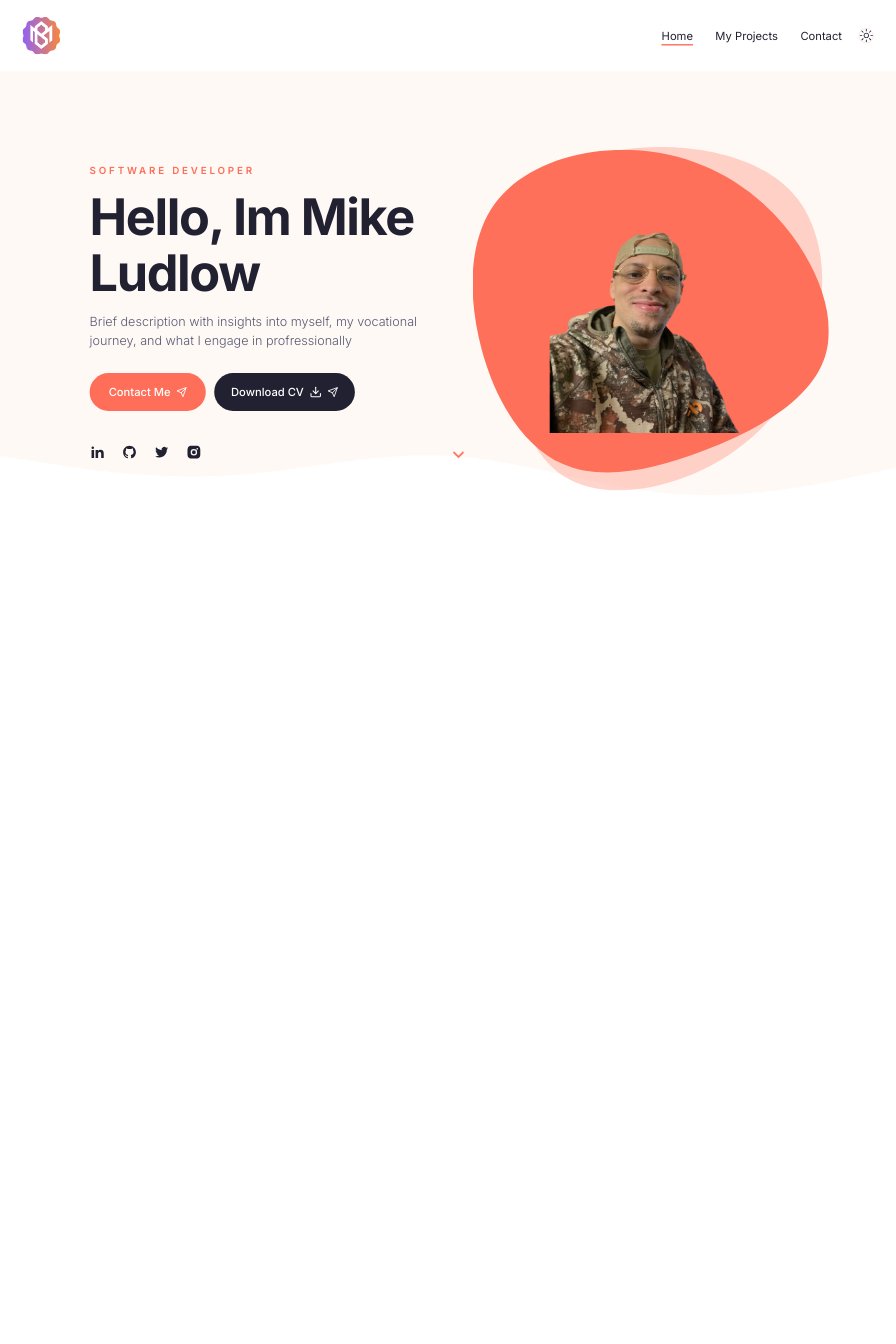
Repository: MikeeBuilds/mike-port
Page: /
These files come from the project's save history. The page is drawn as it stood at one moment and after a run of saves; the edit follows.
The browser window is 1280 px wide. The pictures show the part of the page from y = 0 to 1920 px (the page is 4731 px tall), at 70% of full size.
The project was rebuilt for these pictures with package versions that can differ from the ones it lists, and the page was loaded fresh each time. The framework's server and built-in components were replaced by stand-ins that run in the browser. Also part of the build but not shown: next.config.js.

Above is the page before, as saved 2023-11-30 11:51:07.

### app/layout.jsx
import { Inter } from 'next/font/google'
import './globals.css'
import Header from '@/components/Header'
import Footer from '@/components/Footer'
import { ThemeProvider } from '@/components/ThemeProvider'

const inter = Inter({ subsets: ['latin'] })

export const metadata = {
  title: 'Mike Ludlow | Dev',
  description: 'Generated by create next app',
}

export default function RootLayout({ children }) {
  return (
    <html lang="en" suppressHydrationWarning>
      <body className={inter.className}
      >
        <ThemeProvider attribute="class" defaultTheme="light">
          <Header />
            {children}
          <Footer />
        </ThemeProvider>
      </body>
    </html>
  )
}

### app/template.js
"use client";

import { motion } from "framer-motion";
// hooks
import useScrollProgress from "@/hooks/useScrollProgress";

//variants
const variants = {
  hidden: { opacity: 0 },
  enter: { opacity: 1 },
};

const Template = ({ children }) => {
  const completion = useScrollProgress();
  return (
    <>
      <motion.main
        variants={variants}
        initial="hidden"
        animate="enter"
        transition={{ type: "linear", delay: 0.2, duration: 0.4 }}
      >
        {children}
      </motion.main>
      {/* completion bar */}
      <span
        style={{ transform: `translateY(${completion - 100}%)` }}
        className="fixed z-50 bg-primary w-1 top-0 right-0
      bottom-0 transition-all duration-700"
      ></span>
      <div className="h-[4000px]"></div>
    </>
  );
};

export default Template;

### app/page.jsx
import Hero from '@/components/Hero'
import { main } from 'json'
import Image from 'next/image'

export default function Home() {
  return (
    <main>
      <Hero/>
    </main>
  )
}

### app/globals.css
@tailwind base;
@tailwind components;
@tailwind utilities;

@layer base {
  @layer base {
    :root {
      --background: 0 0% 100%;
      --foreground: 240 19% 16%;
      --card: 0 0% 100%;
      --card-foreground: 240 19% 16%;
      --popover: 0 0% 100%;
      --popover-foreground: 20 14.3% 4.1%;
      --primary: 8 99% 67%;
      --primary-foreground: 300 0% 100%;
      --secondary: 240 19% 16%;
      --secondary-foreground: 300 0% 100%;
      --tertiary: 27 82% 98%;
      --muted: 60 4.8% 95.9%;
      --muted-foreground: 237 13% 40%;
      --accent: 237 9% 96%;
      --accent-foreground: 24 9.8% 10%;
      --destructive: 0 84.2% 60.2%;
      --destructive-foreground: 60 9.1% 97.8%;
      --border: 8 82% 92%;
      --input: 8 82% 92%;
      --ring: 9 99% 67%;
      --radius: 1rem;
    }

    .dark {
      --background: 237 22% 20%;
      --foreground: 60 9.1% 97.8%;
      --card: 240 19% 16%;
      --card-foreground: 300 0% 100%;
      --popover: 20 14.3% 4.1%;
      --popover-foreground: 60 9.1% 97.8%;
      --primary: 8 99% 67%;
      --primary-foreground: 300 0% 100%;
      --secondary: 240 19% 16%;
      --secondary-foreground:300 0% 100%;
      --tertiary: 237 22% 20%;
      --muted: 12 6.5% 15.1%;
      --muted-foreground: 237 13% 63%;
      --accent: 240 19% 16%;
      --accent-foreground: 300 0% 100%;
      --destructive: 0 72.2% 50.6%;
      --destructive-foreground: 60 9.1% 97.8%;
      --border: 237 22% 23%;
      --input: 237 22% 23%;
      --ring: 8 99% 67%;
    }
  }
}

@layer base {
  * {
    @apply border-border;
  }
  body {
    @apply bg-background text-foreground;
  }
}

.h1 {
  @apply text-6xl xl:text-[72px] xl:leading-[80px] tracking-[-2px] font-bold;
}

.subtitle {
  @apply text-muted-foreground text-lg mb-8 font-light;
}

### components/Header.jsx
"use client";
import React, { useState, useEffect } from "react";

// components
import Logo from "./Logo";
import ThemeToggler from "./ThemeToggler";
import Nav from "./Nav";
import MobileNav from "./MobileNav";
import { usePathname } from "next/navigation";

const Header = () => {
  const [header, setHeader] = useState(false);
  const pathname = usePathname();

  useEffect(() => {
    const scrollYpos = window.addEventListener("scroll", () => {
      window.scrollY > 50 ? setHeader(true) : setHeader(false);
    });

    // remove event
    return () => window.removeEventListener("scroll", scrollYpos);
  });

  return (
    <header
      className={`${
        header
          ? "py-4 bg-white shadow-lg dark:bg-accent"
          : "py-6 dark:bg-transparent"
      } sticky top-0 z-30 transition-all ${pathname === '/' && 'bg-white'}`}
    >
      <div className="container mx-auto">
        <div className="flex justify-between items-center">
          <Logo />
          <div className="flex items-center gap-x-6">
            {/* nav */}
            <Nav
              containerStyles="hidden xl:flex gap-x-8 items-center"
              linkStyles="relative hover:text-primary transition-all"
              underlineStyles="absolute left-0 top-full h-[2px] bg-primary w-full"
            />
            <ThemeToggler />
            {/* mobile nav */}
            <div className="lg:hidden">
              <MobileNav />
            </div>
          </div>
        </div>
      </div>
    </header>
  );
};

export default Header;

### components/Footer.jsx

const Footer = () => {
  return (
    <footer>Footer</footer>
  )
}

export default Footer

### components/ThemeProvider.jsx
"use client"


import {
    ThemeProvider as NextThemesProvider
} from "next-themes";



export function ThemeProvider({ children, ...props}) {
    return <NextThemesProvider {...props}>{children}</NextThemesProvider>
}

### hooks/useScrollProgress.js
import React, { useState, useEffect} from 'react'

const useScrollProgress = () => {
    const [completion, setCompletion] = useState(0);

    useEffect(() => {
        const updateScrollCompletion = () => {
            const currentProgress = window.scrollY;
            const scrollHeight = document.body.scrollHeight - window.innerHeight;

            if (scrollHeight) {
                setCompletion(Number(currentProgress / scrollHeight).toFixed(2) * 100);
            }
        };
            // event
        window.addEventListener('scroll', updateScrollCompletion);
            //clear event
            return () => window.removeEventListener('scroll', updateScrollCompletion);
    }, []);


    return completion;
};

export default useScrollProgress

### components/Hero.jsx
import Link from "next/link";
import { Download, Send } from "lucide-react";
import { Button } from "./ui/button";

import {
  RiBriefcase4Fill,
  RiTeamFill,
  RiTodoFill,
  RiArrowDownSLine,
} from "react-icons/ri";

//components
import DevImg from "./DevImg";
import Badge from "./Badge";
import Socials from "./Socials";

const Hero = () => {
  return (
    <section className="py-12 xl:py-24 h-[84vh] xl:pt-28 bg-hero bg-no-repeat bg-bottom bg-cover dark:bg-none">
      <div className="flex justify-between gap-x-8">
        {/* text */}
        <div className="flex max-w-[600px] flex-col justify-center mx-auto xl:mx-32 text-center xl:text-left">
          <div className="text-sm uppercase font-semibold mb-4 text-primary tracking-[4px]">
            Software Developer
          </div>
          <h1 className="h1 mb-4">Hello, Im Mike Ludlow</h1>
          <p className="subtitle max-w-[490px] mx-auto xl:mx-0">
            Brief description with insights into myself, my vocational journey,
            and what I engage in profressionally
          </p>
          {/* buttons */}
          <div
            className="flex flex-col gap-y-3 md:flex-row gap-x-3 mx-auto
          xl:mx-0 mb-12"
          >
            <Link href="/contact">
              <Button className="gap-x-2">
                Contact Me <Send size={15} />
              </Button>
            </Link>
            <Button variant="secondary" className="gap-x-2">
              Download CV <Download size={18} /> <Send size={15} />
            </Button>
          </div>
          {/* socials */}
          <Socials
            containerStyles="flex gap-x-6 mx-auto xl:mx-0"
            iconStyles="text-foreground text-[22px] hover:text-primary transition-all"
          />
        </div>
        {/* image */}
        <div className="hidden xl:flex relative right-24">
          <div className="bg-hero_shape2_light dark:bg-hero_shape2_dark w-[500px] h-[500px] bg-no-repeat absolute -top-1 -right-8"></div>
          <DevImg containerStyles="bg-hero_shape w-[510px] h-[462px] bg-no-repeat relative bg-bottom" imgSrc='/hero/developer.png'/>
        </div>
        {/* icon */}
        <div className="hidden md:flex absolute left-2/4 bottom-44 xl:bottom-12 animate-bounce">
          <RiArrowDownSLine className="text-3xl text-primary" />
        </div>
      </div>
    </section>
  );
};

export default Hero;

### components/Logo.jsx
import Link from "next/link";
import Image from "next/image";


const Logo = () => {
  return (
    <Link href="/">
        <Image src='/logo.svg' width={54} height={54} priority alt="logo"/>
    </Link>
  )
}

export default Logo

### components/ThemeToggler.jsx
"use client";

import { Button } from "./ui/button";
import { MoonIcon, SunIcon } from "@radix-ui/react-icons";
import { useTheme } from "next-themes";

const ThemeToggler = () => {
  const { theme, setTheme } = useTheme();
  return (
    <Button variant='outline' size="outline" onClick={() => setTheme(theme === 'dark' ? 'light' : 'dark')}>
      <SunIcon
        className="h-[1.2rem] w-[1.2rem] rotate-0 scale-100 transition-all
      dark:rotate-90 dark:scale-0"
      />
      <MoonIcon
        className="absolute h-[1.2rem] w-[1.2rem] rotate-90 scale-0 transition-all
       dark:rotate-0 dark:scale-100"
      />
    </Button>
  );
};

export default ThemeToggler;

### components/Nav.jsx
import Link from "next/link";

//next hooks
import { usePathname } from "next/navigation";

//framer motion
import { motion } from "framer-motion";

const links = [
  { path: "/", name: "home" },
  { path: "/projects", name: "my projects" },
  { path: "/contact", name: "contact" },
];

const Nav = ({ containerStyles, linkStyles, underlineStyles }) => {
  const path = usePathname();
  return (
    <nav className={`${containerStyles}`}>
      {links.map((link, index) => {
        return (
          <Link
            href={link.path}
            key={index}
            className={`capitalize ${linkStyles}`}
          >
            {link.path === path && (
              <motion.span
                initial={{ y: "-100%" }}
                animate={{ y: 0 }}
                transition={{ type: "tween" }}
                layoutId="underline"
                className={`${underlineStyles}`}
              />
            )}
            {link.name}
          </Link>
        );
      })}
    </nav>
  );
};

export default Nav;

### components/MobileNav.jsx

const MobileNav = () => {
  return (
    <div>MobileNav</div>
  )
}

export default MobileNav

### components/ui/button.jsx
import * as React from "react"
import { Slot } from "@radix-ui/react-slot"
import { cva } from "class-variance-authority";

import { cn } from "@/lib/utils"

const buttonVariants = cva(
  "inline-flex items-center justify-center whitespace-nowrap rounded-full text-base font-medium ring-offset-background transition-colors focus-visible:outline-none focus-visible:ring-2 focus-visible:ring-ring focus-visible:ring-offset-2 disabled:pointer-events-none disabled:opacity-50",
  {
    variants: {
      variant: {
        default: "bg-primary text-primary-foreground hover:bg-primary/90",
        destructive:
          "bg-destructive text-destructive-foreground hover:bg-destructive/90",
        outline:
          "border border-input bg-background hover:bg-accent hover:text-accent-foreground",
        secondary:
          "bg-secondary text-secondary-foreground hover:bg-secondary/80",
        ghost: "hover:bg-accent hover:text-accent-foreground",
        link: "text-primary underline-offset-4 hover:underline",
      },
      size: {
        default: "h-[54px] px-6 py-2 min-w-[166px]",
        sm: "h-9 rounded-md px-3",
        lg: "h-11 rounded-md px-8",
        icon: "h-10 w-10",
      },
    },
    defaultVariants: {
      variant: "default",
      size: "default",
    },
  }
)

const Button = React.forwardRef(({ className, variant, size, asChild = false, ...props }, ref) => {
  const Comp = asChild ? Slot : "button"
  return (
    (<Comp
      className={cn(buttonVariants({ variant, size, className }))}
      ref={ref}
      {...props} />)
  );
})
Button.displayName = "Button"

export { Button, buttonVariants }

### components/DevImg.jsx
import Image from "next/image";

const DevImg = ({ containerStyles, imgSrc }) => {
  return <div className={`${containerStyles}`}>
    <Image src={imgSrc} fill priority alt="" />
  </div>;
};

export default DevImg;

### components/Socials.jsx
'use client'

import {
  RiLinkedinFill,
  RiGithubFill,
  RiTwitterFill,
  RiInstagramFill
} from 'react-icons/ri';

import Link from 'next/link';

const icons = [
  {
    path: '/',
    name: <RiLinkedinFill />,
  },
  {
    path: '/',
    name: <RiGithubFill />,
  },{
    path: '/',
    name: <RiTwitterFill />,
  },{
    path: '/',
    name: <RiInstagramFill />,
  },
]


import React from "react";

const Socials = ({ containerStyles, iconStyles}) => {
  return <div className={`${containerStyles}`}>
    {icons.map((icon, index) => {
      return <Link href={icon.path} key={index}>
        <div className={`${iconStyles}`}>
          {icon.name}
        </div>
      </Link>
    })}
  </div>;
};

export default Socials;

### tailwind.config.js
/** @type {import('tailwindcss').Config} */
module.exports = {
  darkMode: ["class"],
  content: [
    './pages/**/*.{js,jsx}',
    './components/**/*.{js,jsx}',
    './app/**/*.{js,jsx}',
    './src/**/*.{js,jsx}',
	],
  theme: {
    container: {
      center: true,
      padding: "2rem",
      screens: {
        "2xl": "1400px",
      },
    },
    extend: {
      colors: {
        border: "hsl(var(--border))",
        input: "hsl(var(--input))",
        ring: "hsl(var(--ring))",
        background: "hsl(var(--background))",
        foreground: "hsl(var(--foreground))",
        primary: {
          DEFAULT: "hsl(var(--primary))",
          foreground: "hsl(var(--primary-foreground))",
        },
        secondary: {
          DEFAULT: "hsl(var(--secondary))",
          foreground: "hsl(var(--secondary-foreground))",
        },
        tertiary: {
          DEFAULT: "hsl(var(--tertiary))",
        },
        destructive: {
          DEFAULT: "hsl(var(--destructive))",
          foreground: "hsl(var(--destructive-foreground))",
        },
        muted: {
          DEFAULT: "hsl(var(--muted))",
          foreground: "hsl(var(--muted-foreground))",
        },
        accent: {
          DEFAULT: "hsl(var(--accent))",
          foreground: "hsl(var(--accent-foreground))",
        },
        popover: {
          DEFAULT: "hsl(var(--popover))",
          foreground: "hsl(var(--popover-foreground))",
        },
        card: {
          DEFAULT: "hsl(var(--card))",
          foreground: "hsl(var(--card-foreground))",
        },
      },
      borderRadius: {
        lg: "var(--radius)",
        md: "calc(var(--radius) - 2px)",
        sm: "calc(var(--radius) - 4px)",
      },
      keyframes: {
        "accordion-down": {
          from: { height: 0 },
          to: { height: "var(--radix-accordion-content-height)" },
        },
        "accordion-up": {
          from: { height: "var(--radix-accordion-content-height)" },
          to: { height: 0 },
        },
      },
      animation: {
        "accordion-down": "accordion-down 0.2s ease-out",
        "accordion-up": "accordion-up 0.2s ease-out",
      },
      backgroundImage: {
        hero: 'url(/hero-bg.png)',
        hero_shape: 'url(/hero/shape-1.svg)',
        hero_shape2_light: 'url(/hero/shape-2-light.svg)',
        hero_shape2_dark: 'url(/hero/shape-2-dark.svg)',

      }
    },
  },
  plugins: [require("tailwindcss-animate")],
}

### components/Badge.jsx
import React from "react";

const Badge = () => {
  return <div>Badge</div>;
};

export default Badge;

Loaded but not shown: lib/utils.js (common file)

After the next 2 saves:
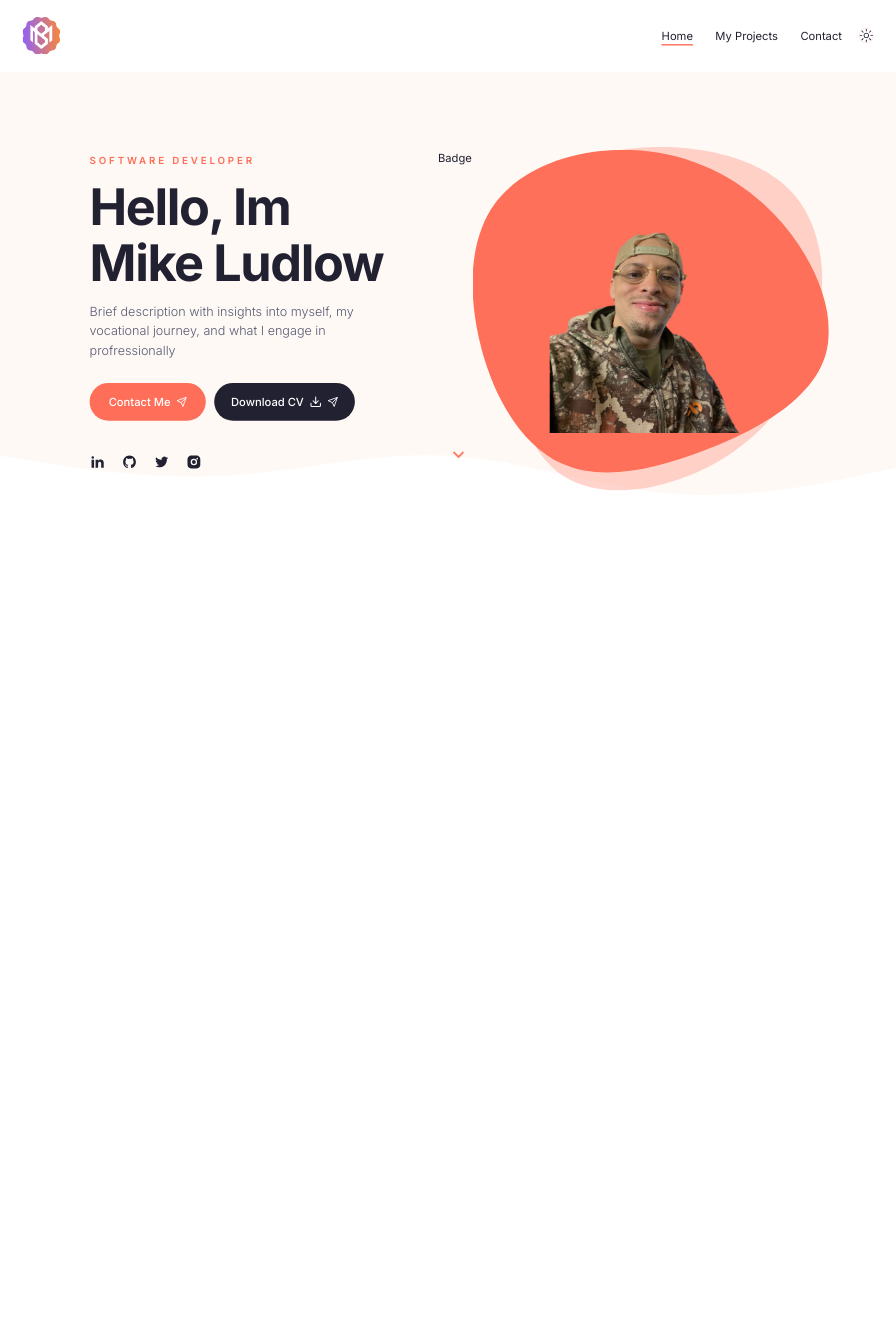
The 2 saves are shown as one change because 1 did not build or start.
The last was saved 54 s later.
--- a/components/Hero.jsx
+++ b/components/Hero.jsx
@@ -50,6 +50,7 @@ const Hero = () => {
         </div>
         {/* image */}
         <div className="hidden xl:flex relative right-24">
+          <Badge/>
           <div className="bg-hero_shape2_light dark:bg-hero_shape2_dark w-[500px] h-[500px] bg-no-repeat absolute -top-1 -right-8"></div>
           <DevImg containerStyles="bg-hero_shape w-[510px] h-[462px] bg-no-repeat relative bg-bottom" imgSrc='/hero/developer.png'/>
         </div>
